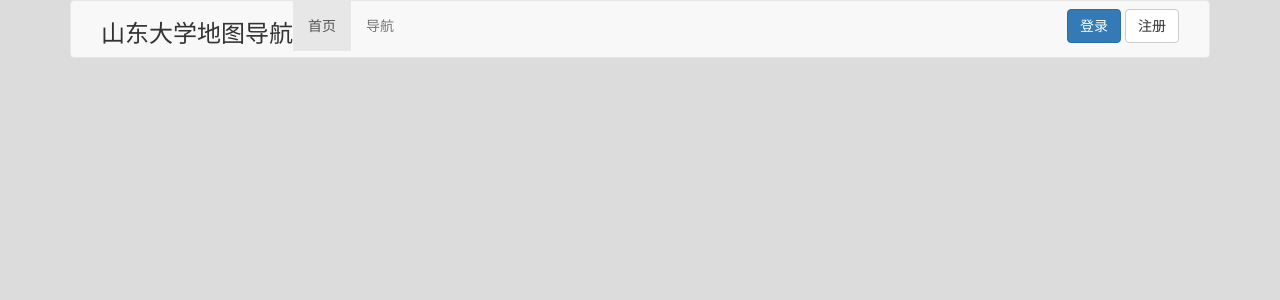
Repository: hhjswhh/JavaEE-experience
Page: http://localhost/SDUMap/Navbar.jsp
The author's editor kept a copy of each file at every save. The page is drawn from the files as they stood at one save, then again after the next save.
The browser window is 1280 px wide. The pictures show the whole page.
The page is served by Tomcat 9. Other server files are loaded and not shown.

Above is the page before, as saved 2017-05-03 12:01:26.

### SDUMap/WebRoot/Navbar.jsp
<%@ page language="java" import="java.util.*" pageEncoding="UTF-8"%>
<%
String path = request.getContextPath();
String basePath = request.getScheme()+"://"+request.getServerName()+":"+request.getServerPort()+path+"/";
%>

<!DOCTYPE HTML PUBLIC "-//W3C//DTD HTML 4.01 Transitional//EN">
<html>
  <head>
    <base href="<%=basePath%>">

    <title>My JSP 'Navbar.jsp' starting page</title>

	<meta http-equiv="pragma" content="no-cache">
	<meta http-equiv="cache-control" content="no-cache">
	<meta http-equiv="expires" content="0">
	<meta http-equiv="keywords" content="keyword1,keyword2,keyword3">
	<meta http-equiv="description" content="This is my navbar">
	<link rel="stylesheet" type="text/css" href="bootstrap.min.css">

  </head>

  <body style="height:100%;background-color: gainsboro;">
		<div class="container">
		<nav class="navbar navbar-default">
				<div class="container-fluid">
					<!-- Collect the nav links, forms, and other content for toggling -->
					<div class="collapse navbar-collapse" id="bs-example-navbar-collapse-1">
						<ul class="nav navbar-nav">
							<li class="navbar-left">
								<h3>山东大学地图导航</h3>
							</li>
							<li>
								<p>   </p>
							</li>
							<li class="active">
								<a href="index.jsp">首页<span class="sr-only">(current)</span></a>
							</li>
							<li class="navbar-right">
								<a href="#">导航</a>
							</li>

						</ul>
						<div class="navbar-form navbar-right">
							<a class="btn btn-primary" href="Login.html">登录</a>
							<a class="btn btn-default" href="Register.html">注册</a>
						</div>
					</div>
				</div>
			</nav>

	</div>
	</body>

</html>

Loaded but not shown: SDUMap/WebRoot/bootstrap.min.css (library)

After the next save:
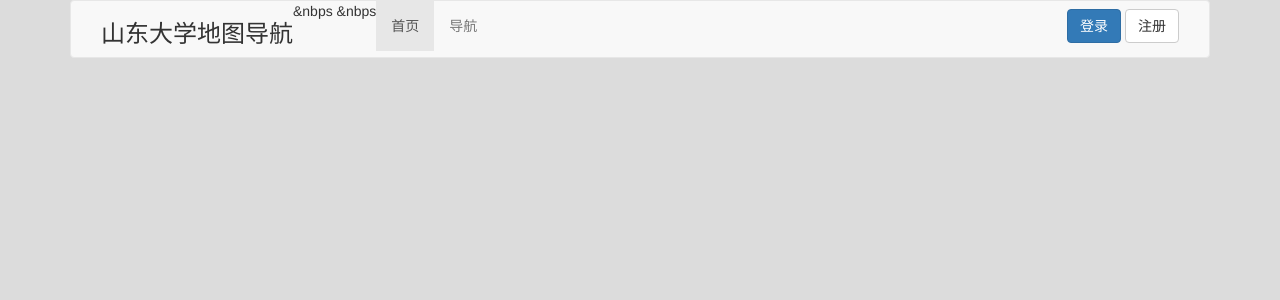
Saved 23 s later.
--- a/SDUMap/WebRoot/Navbar.jsp
+++ b/SDUMap/WebRoot/Navbar.jsp
@@ -31,7 +31,7 @@ String basePath = request.getScheme()+"://"+request.getServerName()+":"+request.
 								<h3>山东大学地图导航</h3>
 							</li>
 							<li>
-								<p>   </p>
+								 &nbps &nbps
 							</li>
 							<li class="active">
 								<a href="index.jsp">首页<span class="sr-only">(current)</span></a>
